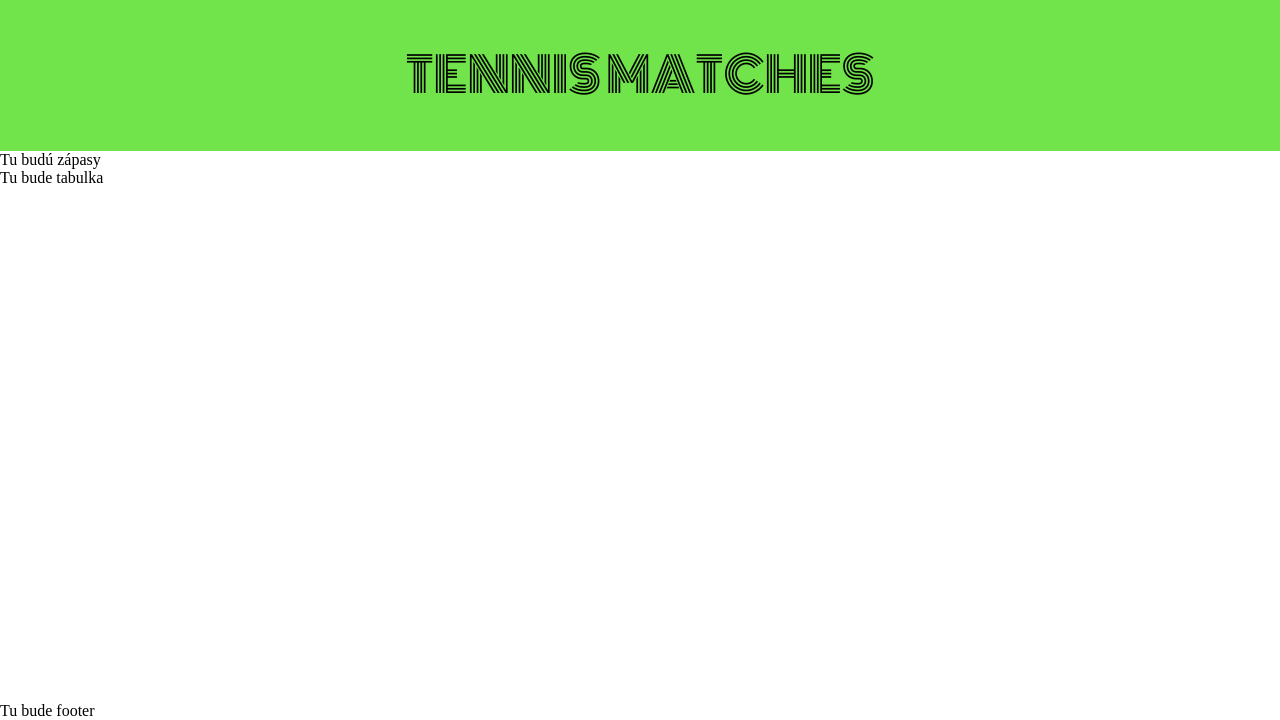
Repository: Badynko/tenis-app
Page: /
The author's editor kept a copy of each file at every save. The page is drawn from the files as they stood at one save, then again after the next save.
The browser window is 1280 px wide. The pictures show the whole page.
The project was rebuilt for these pictures with package versions that can differ from the ones it lists, and the page was loaded fresh each time.

Above is the page before, as saved 2024-07-10 15:24:02.

### src/index.css
@import url("https://fonts.googleapis.com/css2?family=Monoton&family=Quicksand:wght@500;700&display=swap");

* {
  margin: 0;
  padding: 0;
  box-sizing: border-box;
}

.app {
  width: 100%;
  height: 100vh;
  display: grid;
  grid-template-rows: auto auto 1fr auto;
}

h1 {
  text-align: center;
  background-color: #70e44a;
  font-family: "Monoton";
  font-size: 3rem;
  text-transform: uppercase;
  font-weight: 400;
  padding: 2.4rem 0;
}

### src/App.js
export default function App() {
  return (
    <div className="app">
      <Header />
      <Matches />
      <Table />
      <Stats />
    </div>
  );
}

function Header() {
  return <h1>Tennis Matches</h1>;
}

function Matches() {
  return (
    <div>
      <p>Tu budú zápasy</p>
    </div>
  );
}

function Table() {
  return (
    <div>
      <p>Tu bude tabulka</p>
    </div>
  );
}

function Stats() {
  return (
    <footer className="stats">
      <p>Tu bude footer</p>
    </footer>
  );
}

Loaded but not shown: public/index.html (common file); src/index.js (common file)

After the next save:
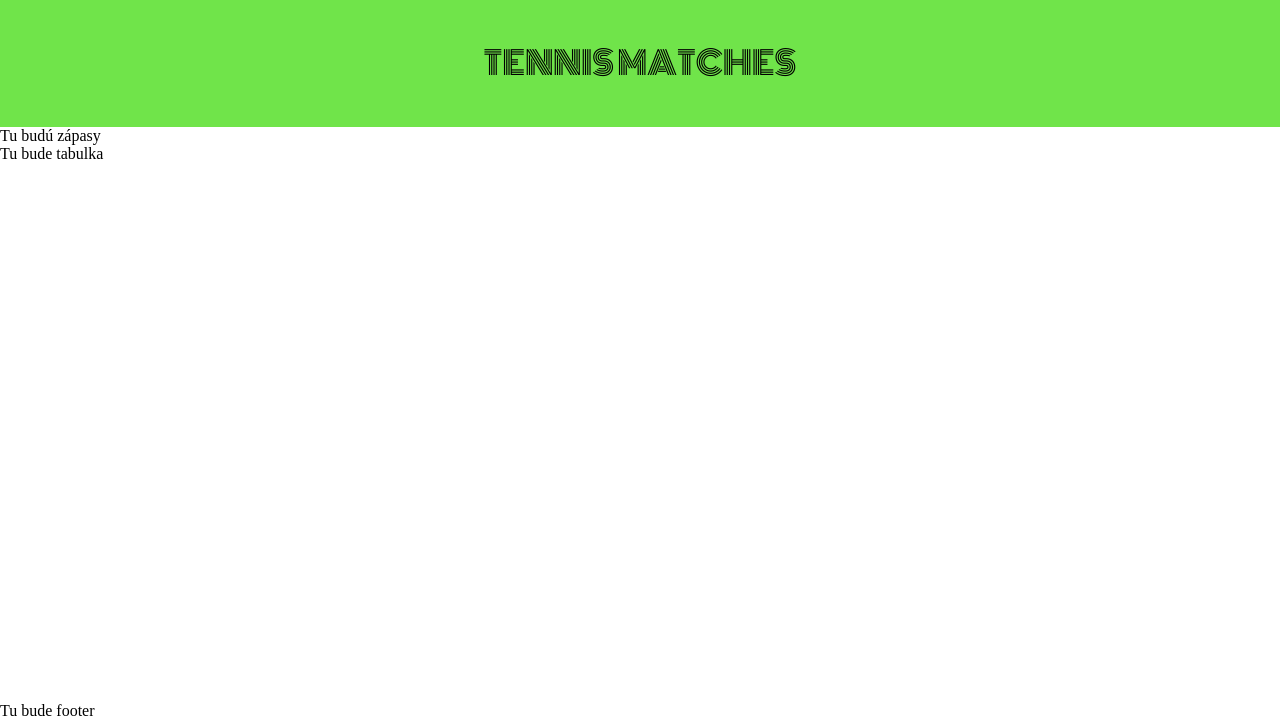
Saved 11 s later.
--- a/src/index.css
+++ b/src/index.css
@@ -17,7 +17,7 @@ h1 {
   text-align: center;
   background-color: #70e44a;
   font-family: "Monoton";
-  font-size: 3rem;
+  font-size: 2rem;
   text-transform: uppercase;
   font-weight: 400;
   padding: 2.4rem 0;
